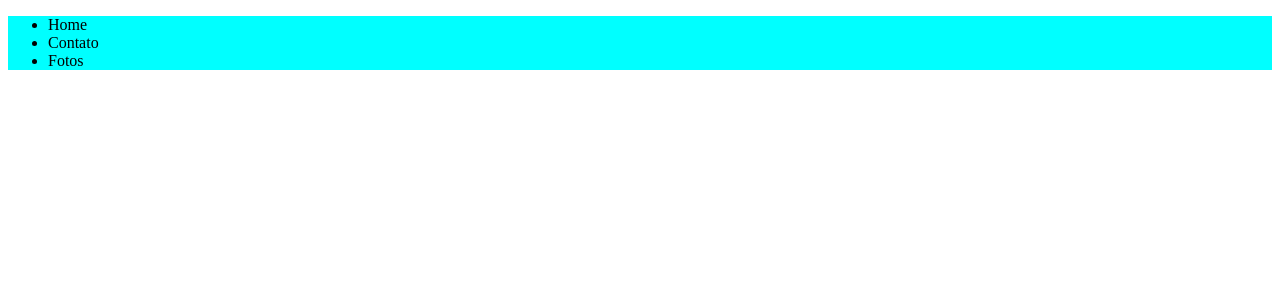
Repository: elourenco001/cursoweb
Page: tagsEstruturais.html
These files come from the project's save history. The page is drawn as it stood at one moment and after the next save; the edit follows.
The browser window is 1280 px wide. The pictures show the whole page.

Above is the page before, as saved 2023-01-26 11:44:23.

### tagsEstruturais.html
<!DOCTYPE html>
<html lang="en">
<head>
    <meta charset="UTF-8">
    <meta http-equiv="X-UA-Compatible" content="IE=edge">
    <meta name="viewport" content="width=device-width, initial-scale=1.0">
    <title>Document</title>
    <style>
        header {
            background-color: aqua;
        }


    </style>
</head>
<body>
    <header>
        <nav>
            <ul>
                <li>Home</li>
                <li>Contato</li>
                <li>Fotos</li>

            </ul>

        </nav>

    </header>



</body>

After the next save:
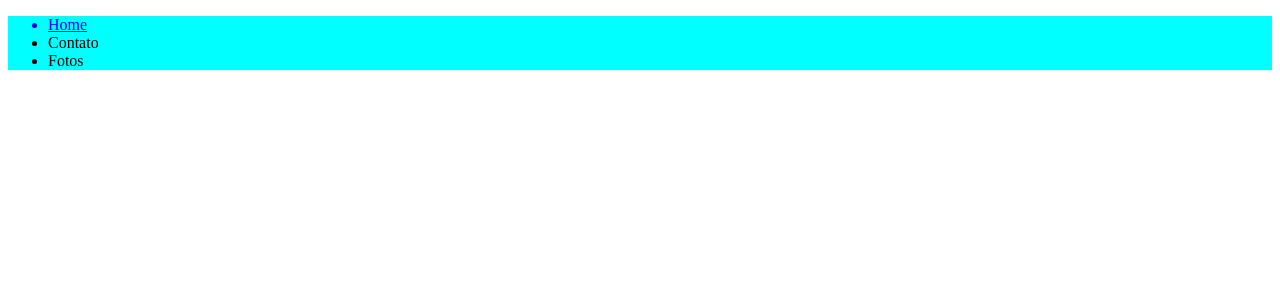
Saved 6 min 12 s later.
--- a/tagsEstruturais.html
+++ b/tagsEstruturais.html
@@ -17,7 +17,9 @@
     <header>
         <nav>
             <ul>
-                <li>Home</li>
+                <a href="./primeiro.html" target="_blank">
+                    <li>Home</li>
+                </a>
                 <li>Contato</li>
                 <li>Fotos</li>
 
